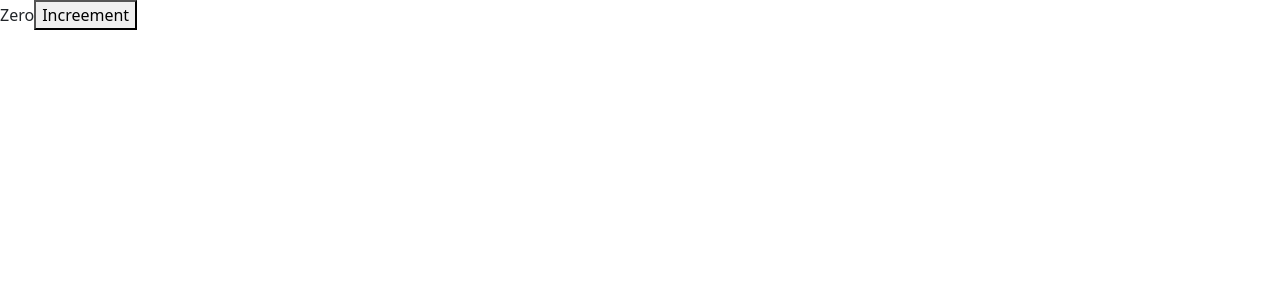
Repository: atulbihari94/counter-app
Page: / (app in counter-app/)
The author's editor kept a copy of each file at every save. The page is drawn from the files as they stood at one save, then again after the next save.
The browser window is 1280 px wide. The pictures show the whole page.
The project was rebuilt for these pictures with package versions that can differ from the ones it lists, and the page was loaded fresh each time. Also part of the build but not shown: counter-app/src/App.css, counter-app/src/App.js.

Above is the page before, as saved 2019-09-26 01:08:22.

After the next save:
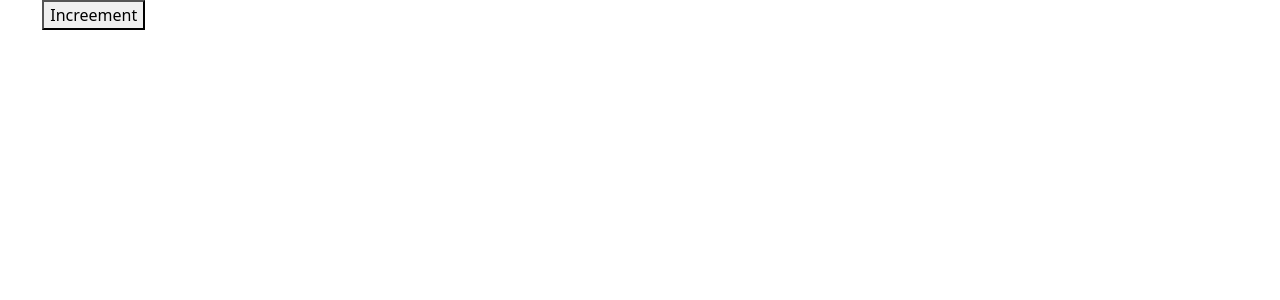
Saved 69 s later.
--- a/counter-app/src/components/counter.jsx
+++ b/counter-app/src/components/counter.jsx
@@ -6,7 +6,7 @@ class Counter extends Component {
   render() {
     return (
       <div>
-        <span>{this.formatCount()}</span>
+        <span className ="badge badge-primary">{this.formatCount()}</span>
         <button>Increement</button>
       </div>
     );
